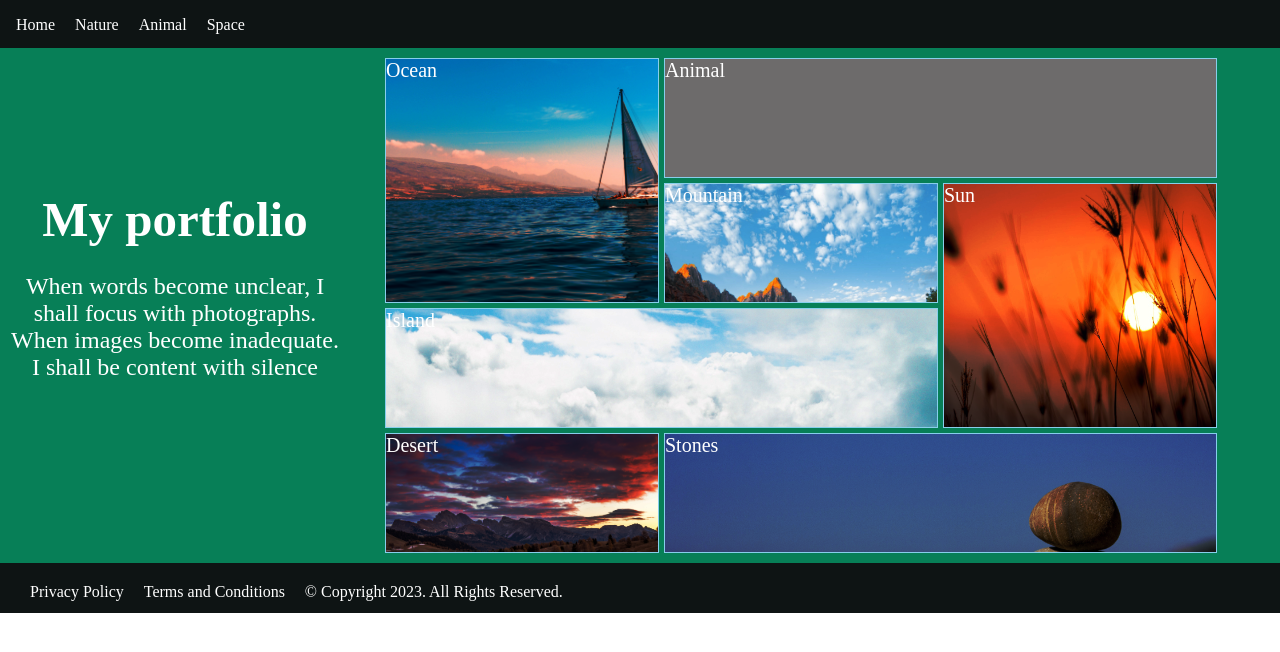
Repository: suraj-yadav7/03_Gallery_Portfolio
Page: index.html
The author's editor kept a copy of each file at every save. The page is drawn from the files as they stood at one save, then again after the next save.
The browser window is 1280 px wide. The pictures show the whole page.
Pictures or frames that could not be fetched are drawn as grey boxes. Some web fonts or font styles are not loaded; a fallback is used.

Above is the page before, as saved 2023-02-14 21:27:49.

### index.html
<!DOCTYPE html>
<html lang="en">
<head>
    <meta charset="UTF-8">
    <meta http-equiv="X-UA-Compatible" content="IE=edge">
    <meta name="viewport" content="width=device-width, initial-scale=1.0">
    <title>Gallery</title>
    <link rel="stylesheet" href="style.css">
</head>
<body>
    <nav class="nav-section">
        <div class="nav-container">
        <ul class="nav-item flex">
            <li>    <a href="#">Home</a>   </li>
            <li>    <a href="#">Nature</a> </li>
            <li>    <a href="#">Animal</a> </li>
            <li>    <a href="#">Space</a> </li>
        </ul>
        </div>
    </nav>

        <div class="container flex">
            <div class="header-text">
                <h1 class="heading">My portfolio</h1>
                <p class="para">When words become unclear, I shall focus with photographs. When images become inadequate. I shall be content with silence</p>
            </div>
            <div class="gallery-layout">
                <div class="box" id="box1">Ocean</div>
                <div class="box" id="box2">Animal</div>
                <div class="box" id="box3">Mountain</div>
                <div class="box" id="box4">Sun</div>
                <div class="box" id="box5">Island</div>
                <div class="box" id="box6">Desert</div>
                <div class="box" id="box7">Stones</div>
            </div>
        </div>
        <footer>
            <div class="flex">
                <a>Privacy Policy</a>
                <a>Terms and Conditions</a>
                <a>© Copyright 2023. All Rights Reserved.</a>
            </div>
        </footer>
</body>
</html>

### style.css
@import url('https://fonts.googleapis.com/css2?family=Bodoni+Moda:ital,opsz@0,6..96;1,6..96&display=swap');

*{
    margin: 0;
    padding: 0;
    box-sizing: border-box;
}

:root{
    --primary-text-color: #1a0000;
    --secondary-text-color:  #33331a;
    --accent-color:  #cc99ff;
    --accent-dark-color: #4d88ff;
    --padding-inline-section: 20px;
}


/* Utility */


a{
    text-decoration: none;
    color: rgb(255, 255, 255);


}

.flex{
    display: flex;
    align-items: center;

}

/* Nav section */
.nav-container{
    background-color: rgb(14, 20, 20);
    padding: 1rem;
    font-family: 'Bodoni Moda', serif;
    font-size: 1rem;
    height: 3rem;


}
.nav-item{
    gap: 20px;
    list-style: none;
}
a:hover{
    color:#fff;
}

/*main -section */
.container{
    background-color: rgb(7, 127, 87);
    padding-block: 10px;
    gap: 35px;
    font-family: "bodoni modo" ;

}
.header-text{
    height: 250px;
   width: 350px;
    color: white;
    text-align: center;
    padding: 10px;

}
.heading{
    font-size: 49px;
}
.para{
    margin-top: 25px;
    font-size: 1.5rem;
}
.gallery-layout{
    display: grid;
    row-gap: 5px;
    column-gap: 5px;
    grid-template-columns: repeat(3, 1fr);
    grid-auto-rows: 120px;
    flex-basis: 65%;

}

.box{
    background-color: rgb(63, 60, 60);
    border: 1px solid skyblue;
    background-size: cover;
    background-position: top;
    background-blend-mode: hard-light;
    transition: all 1s ease-in-out;
    cursor: pointer;
    color: white;
    font-size: 20px;


}
.box:hover{
    background-color:rgb(210, 204, 204) ;
    background-position: center;

    box-shadow: 0 0 4px #fff;

}

#box1{
    grid-row: span 2;
    background-image: url("images/pexels-szelei-robert-1482193.jpg");


}

#box2{
    grid-column: span 2;
    background-image: url("images/pexels-dsd-1829979.jpg");

}
#box3{
    background-image: url("images/pexels-michael-block-3225517.jpg");

}

#box4{
    grid-row: span 2;
    background-image: url("images/pexels-darwis-alwan-1454752.jpg");
}

#box5{
    grid-column: span 2;
    background-image: url("images/pexels-michael-block-3225524.jpg");

}
#box6{
    background-image: url("images/pexels-michal-lizuch-2919720.jpg");

}

#box7{
    grid-column: span 2;
    background-image: url("images/pexels-pixabay-235990.jpg");

}


/* Footer */
footer{
    height: 50px;
    max-width: 100%;
    background-color: rgb(14, 20, 20);
    padding: var(--padding-inline-section);
    font-family: 'Bodoni Moda', serif;
    font-size: 1rem;
}
footer a{
margin:0 10px;
}
/* media queries for Mobile Responsiveness */

@media screen and (max-width: 1024px){

    .container{
        flex-direction: column;
        padding: 20px;
    }
    .box{
        grid-column: span 3;
        grid-row: span 1;

    }
.gallery-layout{
    margin-top:-20px;
    width: 100%;
    grid-auto-rows: 100px;
    padding-inline: 12px;
    row-gap: 10px;

}
#box2, #box5, #box7{
    grid-column: span 3;
}

}

After the next save:
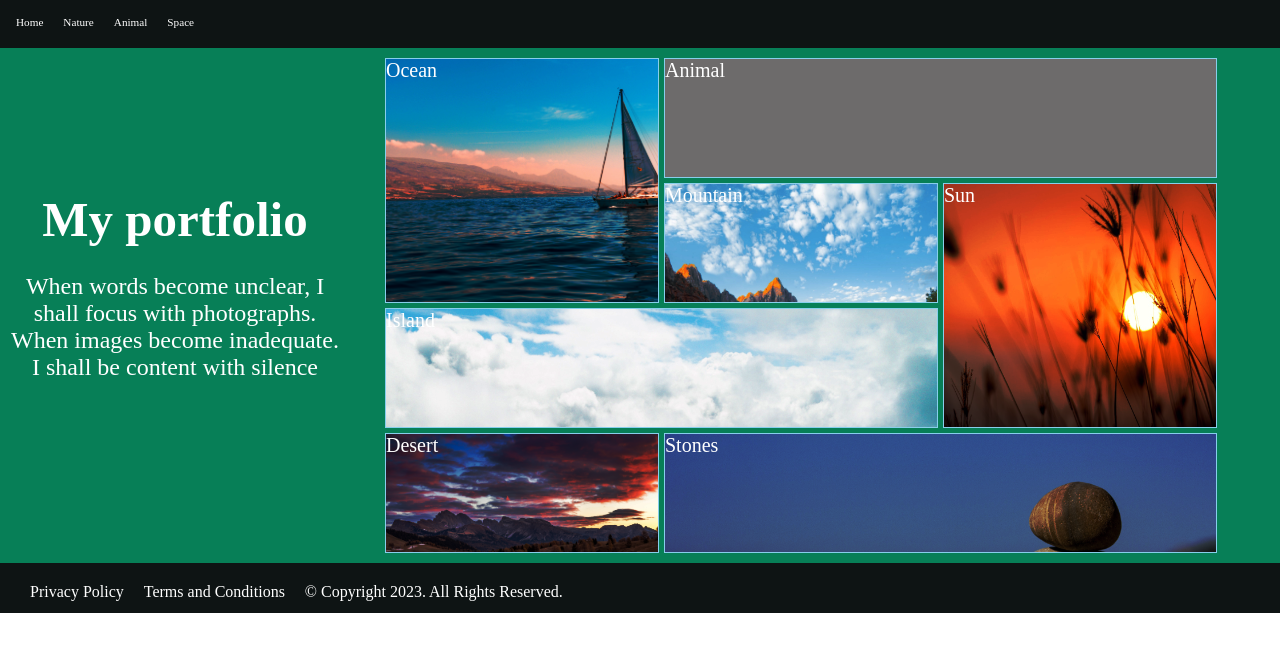
Saved 17 s later.
--- a/style.css
+++ b/style.css
@@ -36,7 +36,7 @@ a{
     background-color: rgb(14, 20, 20);
     padding: 1rem;
     font-family: 'Bodoni Moda', serif;
-    font-size: 1rem;
+    font-size: 0.7rem;
     height: 3rem;
 
 
